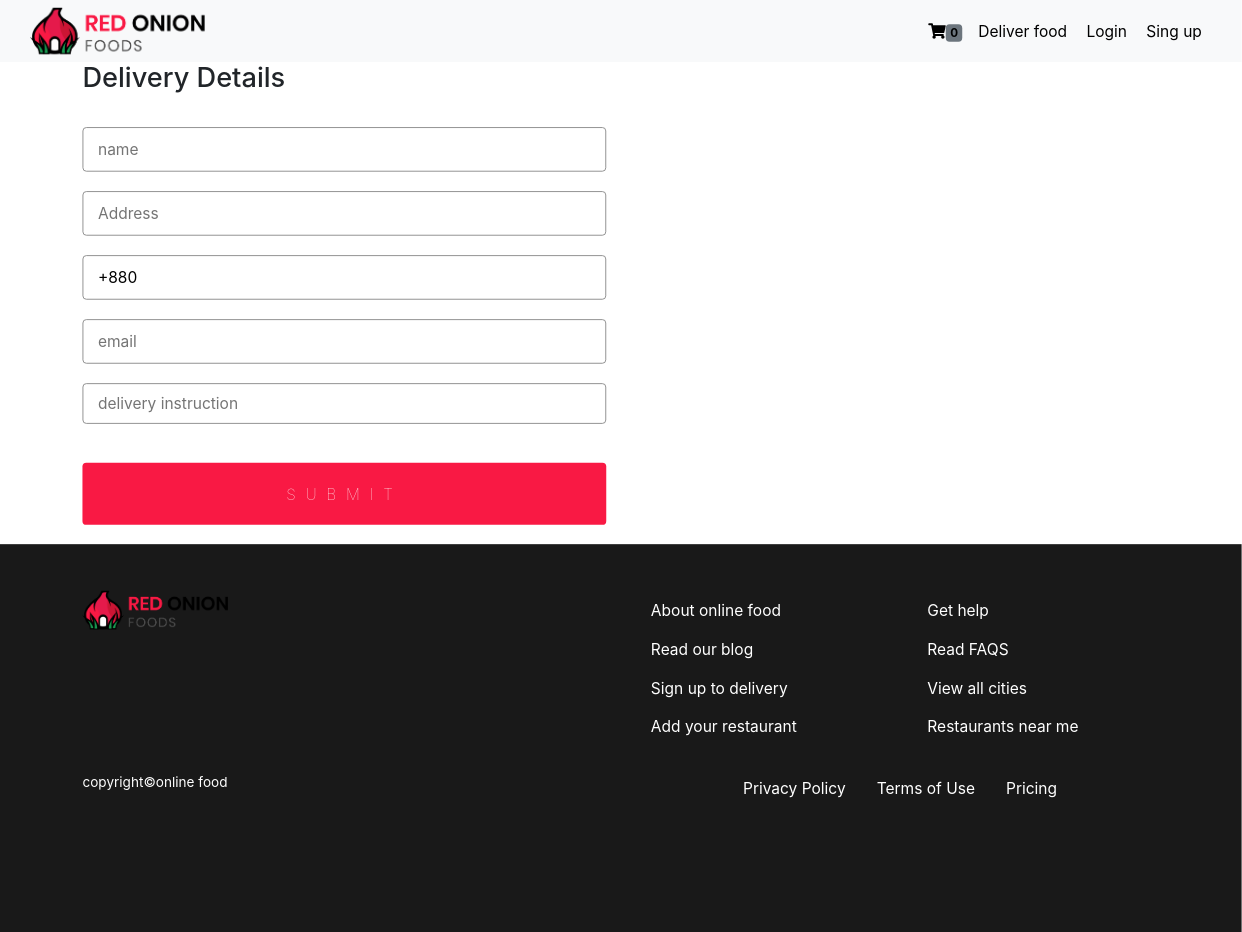
Repository: arif286/red-onion-client
Page: /cart
An editor plug-in stored every save of this project. The page is shown before and after the next save, followed by the edit.
The browser window is 1280 px wide. The pictures show the whole page, at 97% of full size.
The project was rebuilt for these pictures with package versions that can differ from the ones it lists, and the page was loaded fresh each time. Also part of the build but not shown: src/App.css, src/components/SearchBar/SearchBar.css, src/components/SearchBar/SearchBar.js, src/components/FoodDetails/FoodDetail.css, src/components/FoodDetails/FoodDetail.js, src/components/DeliveryFood/DeliveryFood.js, src/components/Food/Food.css, src/components/Food/FoodItem.js and 9 more.

Above is the page before, as saved 2021-03-30 16:31:49.

After the next save:
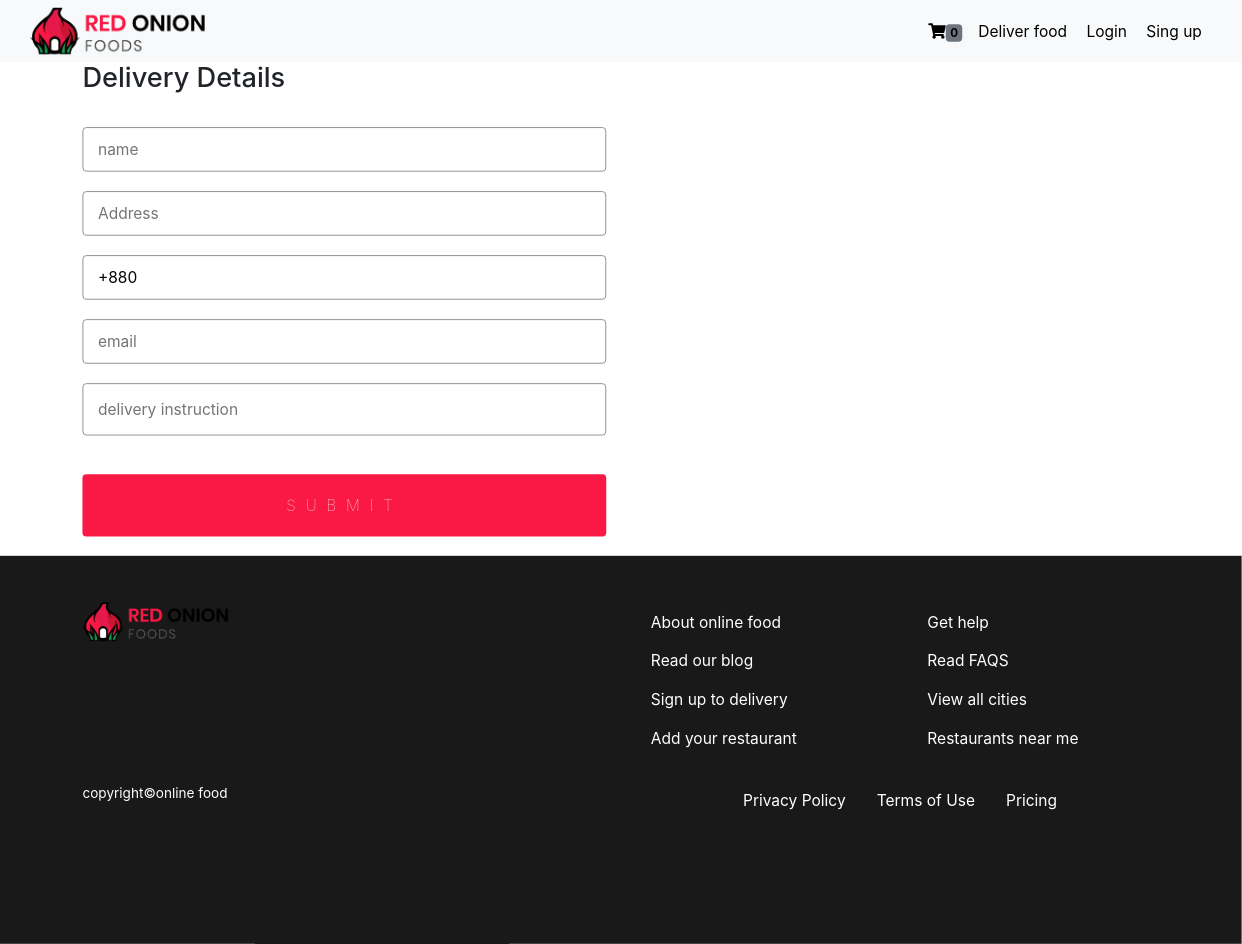
Saved 4 s later.
--- a/src/components/Cart/Cart.css
+++ b/src/components/Cart/Cart.css
@@ -11,7 +11,7 @@
   margin-top: 25px;
 }
 .delivery-form input:nth-child(5) {
-  line-height: 1;
+  line-height: 2;
 }
 .delivery-form p {
   color: #bf1650;
